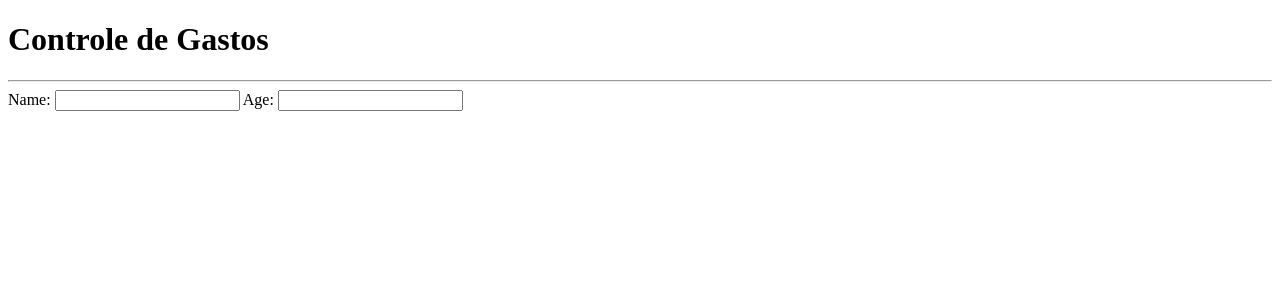
Repository: MarcioFreitasUFSC21/FrontEnd-part-1
Page: index.html
These files come from the project's save history. The page is drawn as it stood at one moment and after the next save; the edit follows.
The browser window is 1280 px wide. The pictures show the whole page.

Above is the page before, as saved 2023-04-22 19:01:50.

### index.html
<!DOCTYPE html>
<html lang="pt-br>
<head>
    <meta charset="UTF-8">
    <meta http-equiv="X-UA-Compatible" content="IE=edge">
    <meta name="viewport" content="width=device-width, initial-scale=1.0">
    <title>Controle Gastos</title>
</head>
<body>
    <h1> Controle de Gastos</h1>
    <hr>
    <label type = "Name"> Name: </label> <input type = "text" ></input>
    <label type = "Name"> Age: </label> <input type = "number" ></input>


</body>
</html>

After the next save:
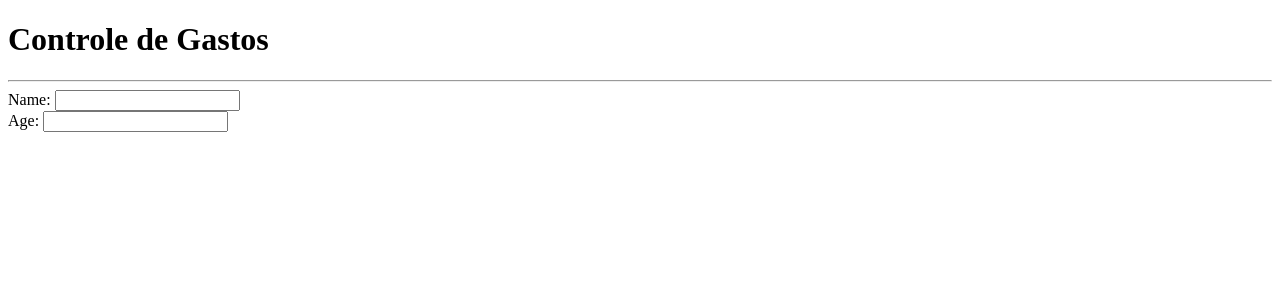
Saved 10 s later.
--- a/index.html
+++ b/index.html
@@ -9,7 +9,7 @@
 <body>
     <h1> Controle de Gastos</h1>
     <hr>
-    <label type = "Name"> Name: </label> <input type = "text" ></input>
+    <label type = "Name"> Name: </label> <input type = "text" ></input><br>
     <label type = "Name"> Age: </label> <input type = "number" ></input>
 
 

After the save that followed:
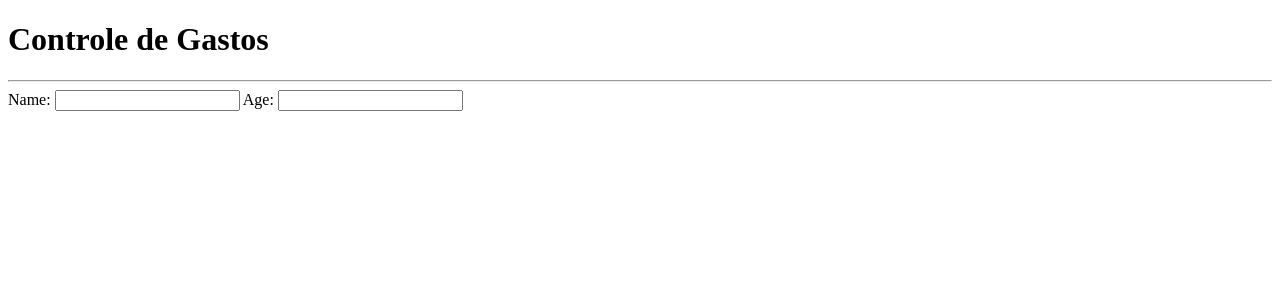
Saved 10 s later.
--- a/index.html
+++ b/index.html
@@ -9,7 +9,7 @@
 <body>
     <h1> Controle de Gastos</h1>
     <hr>
-    <label type = "Name"> Name: </label> <input type = "text" ></input><br>
+    <label type = "Name"> Name: </label> <input type = "text" ></input>
     <label type = "Name"> Age: </label> <input type = "number" ></input>
 
 
